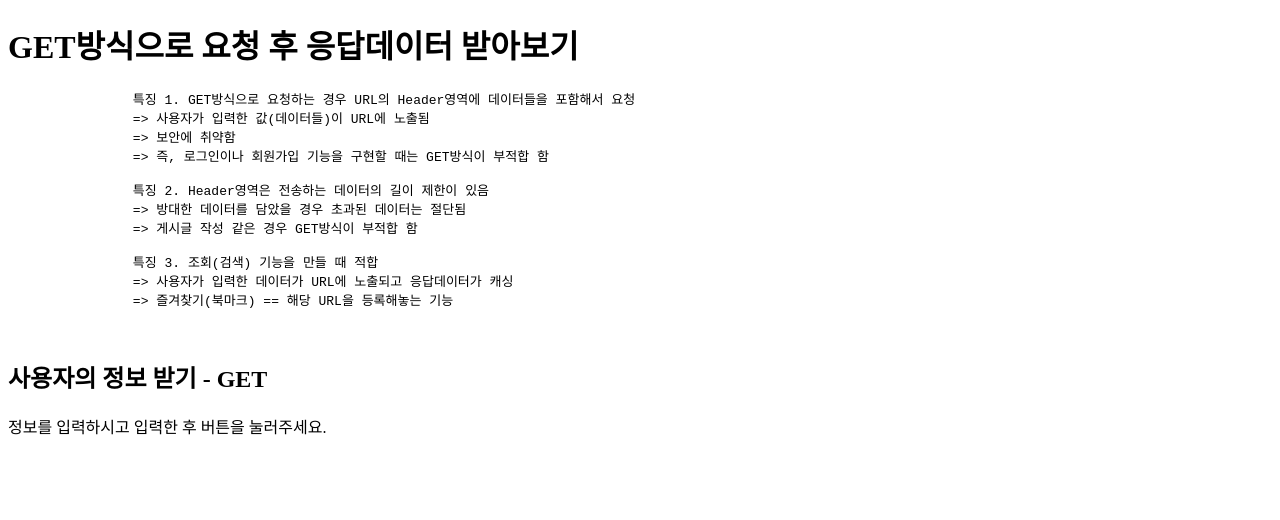
Repository: Rostreaca/0922_Web
Page: MyFirstWebProject/src/main/webapp/views/request_get.html
An editor plug-in stored every save of this project. The page is shown before and after the next save, followed by the edit.
The browser window is 1280 px wide. The pictures show the whole page.

Above is the page before, as saved 2025-09-22 08:06:55.

### MyFirstWebProject/src/main/webapp/views/request_get.html
<!DOCTYPE html>
<html>
<head>
<meta charset="UTF-8">
<title>Get 방식 요청 테스트</title>
<style>
	ul {
		list-style : none;
		line-height : 200%;
	}
</style>
</head>
<body>
	<h1>GET방식으로 요청 후 응답데이터 받아보기</h1>

	<pre>
		특징 1. GET방식으로 요청하는 경우 URL의 Header영역에 데이터들을 포함해서 요청
		=> 사용자가 입력한 값(데이터들)이 URL에 노출됨
		=> 보안에 취약함
		=> 즉, 로그인이나 회원가입 기능을 구현할 때는 GET방식이 부적합 함

		특징 2. Header영역은 전송하는 데이터의 길이 제한이 있음
		=> 방대한 데이터를 담았을 경우 초과된 데이터는 절단됨
		=> 게시글 작성 같은 경우 GET방식이 부적합 함

		특징 3. 조회(검색) 기능을 만들 때 적합
		=> 사용자가 입력한 데이터가 URL에 노출되고 응답데이터가 캐싱
		=> 즐겨찾기(북마크) == 해당 URL을 등록해놓는 기능

	</pre>

	<h2> 사용자의 정보 받기 - GET </h2>
	<p>정보를 입력하시고 입력한 후 버튼을 눌러주세요.</p>

	<form method="get">
		<ul>
			<li></li>
		</ul>
	</form>



</body>
</html>

After the next save:
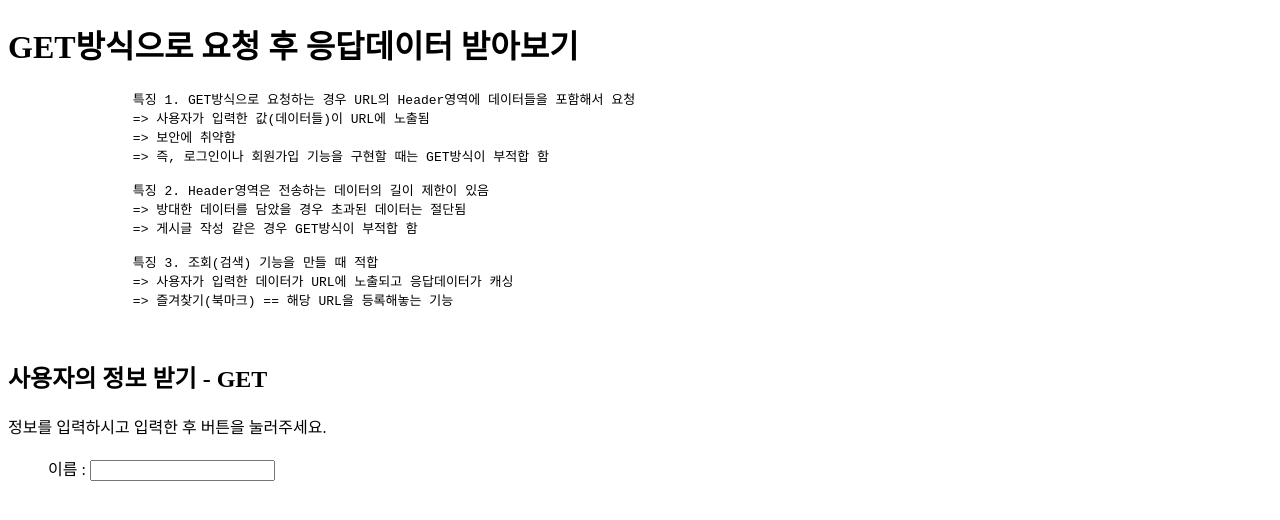
Saved 94 s later.
--- a/MyFirstWebProject/src/main/webapp/views/request_get.html
+++ b/MyFirstWebProject/src/main/webapp/views/request_get.html
@@ -34,7 +34,9 @@
 
 	<form method="get">
 		<ul>
-			<li></li>
+			<li>
+				이름 : <input type="text" />
+			</li>
 		</ul>
 	</form>
 
